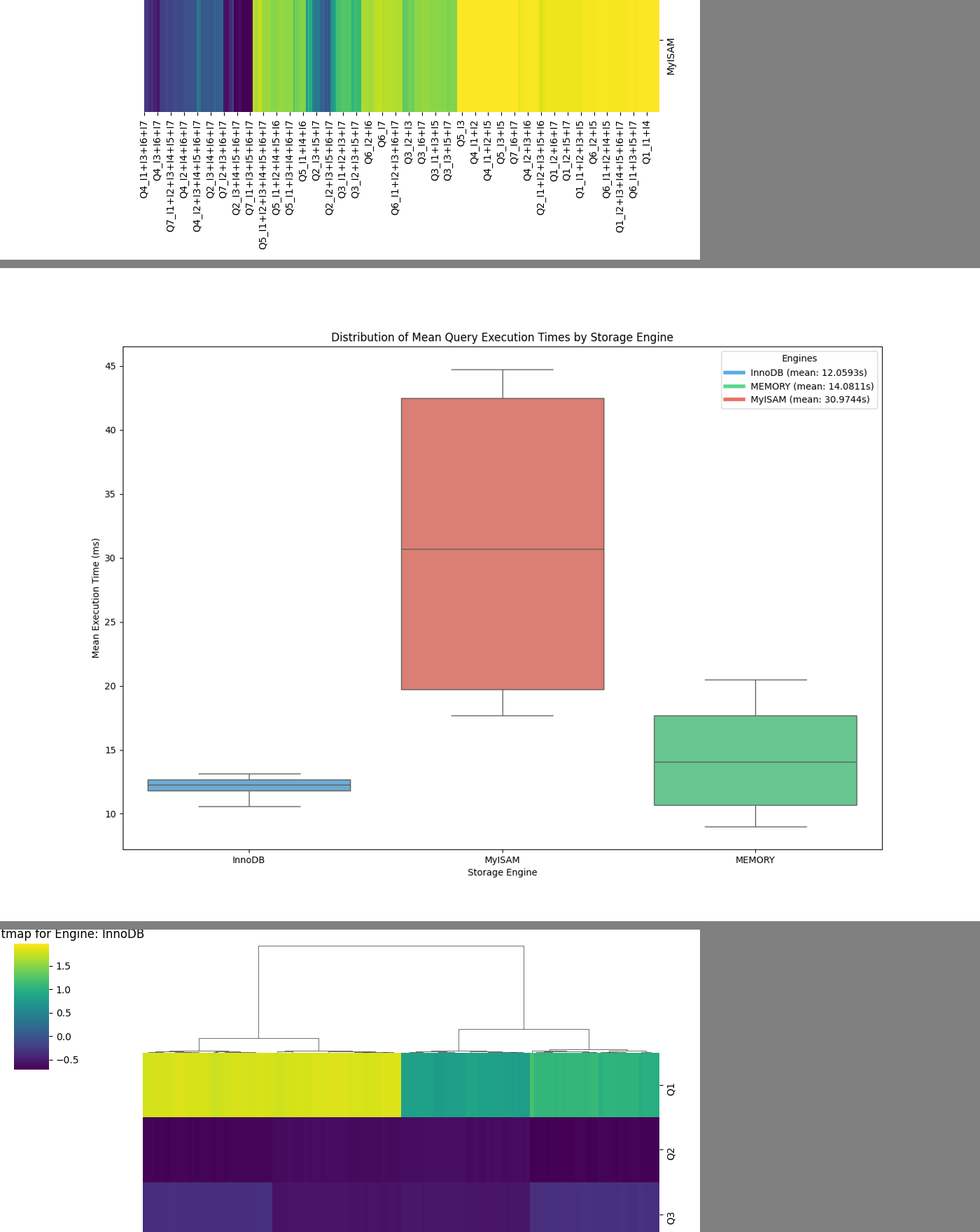
Repository: MarioPasc/Base-de-Datos-Microbiomas
Script's output: python src/mysql_performance_analysis.py
An editor plug-in stored every save of this project. The script's output is shown before and after a run of saves, followed by the edit.
The pictures show rows 629 to 2389 of an output 5926 px tall, at 70% of full size.
Each picture stacks the figures in order, with grey between them; figures that are only written to a file come last. Figures wider than 1,400 px are first shrunk to that width. Random numbers start from a fixed seed.

Above is the script's output before, as saved 2024-06-08 10:04:08.

After the next 2 saves:
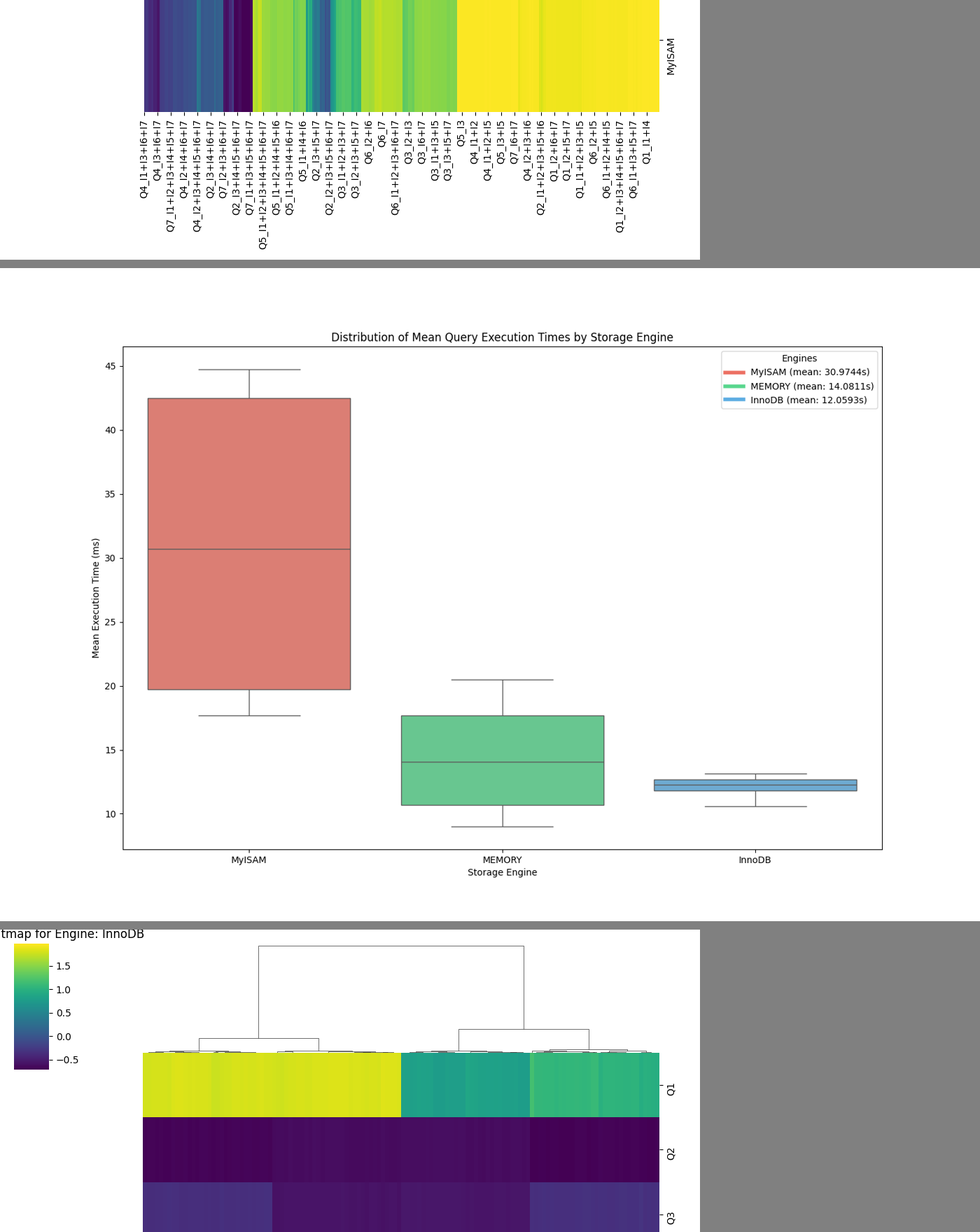
The 2 saves are shown as one change because 1 did not build or start.
The last was saved 109 s later.
--- a/src/mysql_performance_analysis.py
+++ b/src/mysql_performance_analysis.py
@@ -49,17 +49,19 @@ class CSVVisualizer:
         # Calculate the mean times for each engine
         mean_times = self.data.groupby('Engine')['MeanQueryTime'].mean().to_dict()
 
+        # Define the order of engines and a custom palette
+        engine_order = ['MyISAM', 'MEMORY', 'InnoDB']
+        palette = {'InnoDB': '#5DADE2', 'MEMORY': '#58D68D', 'MyISAM': '#EC7063'}
+
         plt.figure(figsize=(15, 10))
-        # Use a custom palette for the boxplot
-        palette = {'InnoDB': '#5DADE2', 'MEMORY': '#58D68D', 'MyISAM': '#EC7063'}
-        boxplot = sns.boxplot(x='Engine', y='MeanQueryTime', data=self.data, palette=palette)
+        boxplot = sns.boxplot(x='Engine', y='MeanQueryTime', data=self.data, order=engine_order, palette=palette)
         plt.ylabel("Mean Execution Time (ms)")
         plt.xlabel("Storage Engine")
         plt.title("Distribution of Mean Query Execution Times by Storage Engine")
 
         # Add the mean times to the legend
-        legend_labels = [f'{engine} (mean: {mean_time:.4f}s)' for engine, mean_time in mean_times.items()]
-        handles = [plt.Line2D([0], [0], color=color, lw=4) for color in palette.values()]
+        legend_labels = [f'{engine} (mean: {mean_times[engine]:.4f}s)' for engine in engine_order]
+        handles = [plt.Line2D([0], [0], color=palette[engine], lw=4) for engine in engine_order]
         plt.legend(handles, legend_labels, title="Engines")
 
         plt.savefig(f"{self.figure_path}boxplot.png")
